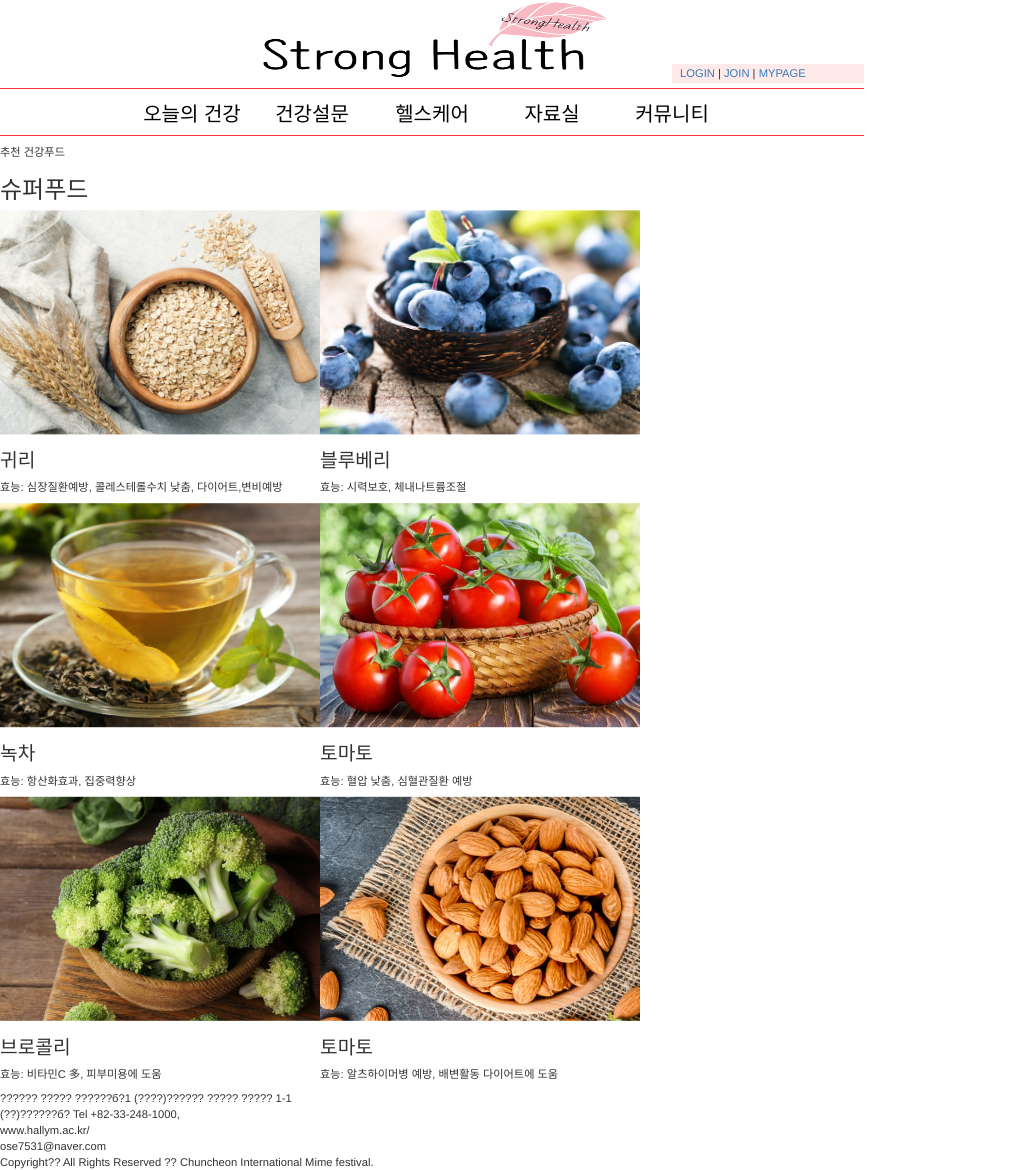
Repository: seeunOh/Webproject2018_StrongHealth
Page: http://localhost/StrongHealth/Healthcare_Food.jsp
The author's editor kept a copy of each file at every save. The page is drawn from the files as they stood at one save, then again after the next save.
The browser window is 1280 px wide. The pictures show the whole page, at 80% of full size.
The page is served by Tomcat 9.

Above is the page before, as saved 2018-12-16 04:32:11.
Console error (its wording comes from the project's code and is left out).

After the next save:
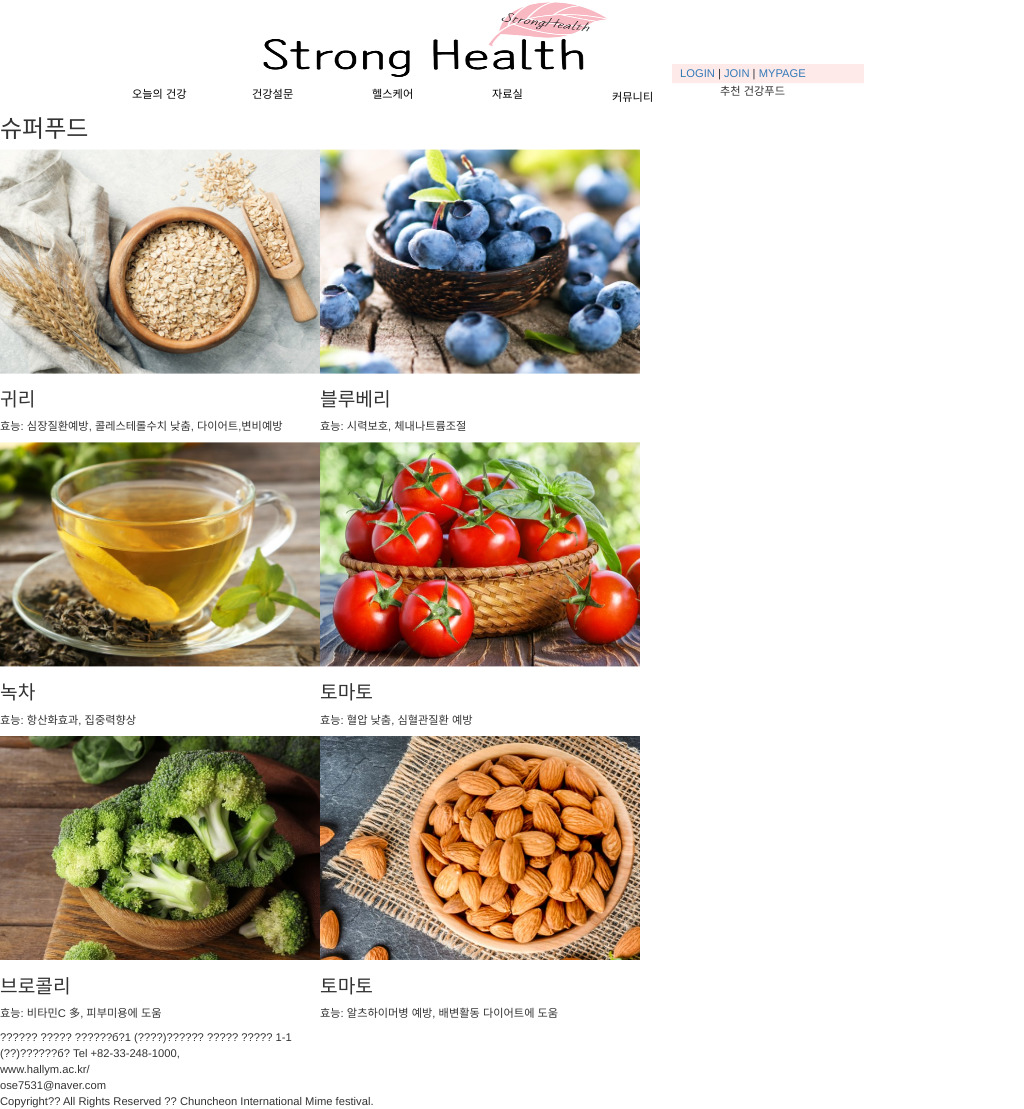
Saved 10 min 7 s later.
--- a/StrongHealth/WebContent/Header.css
+++ b/StrongHealth/WebContent/Header.css
@@ -26,7 +26,7 @@ body {
 	margin: 0px 0px 0px 315px;
 }
 
-#TM {
+#mmmm {
 	width: 1080px;
 	height: 60px;
 	border-top: 1px solid red;

After the save that followed:
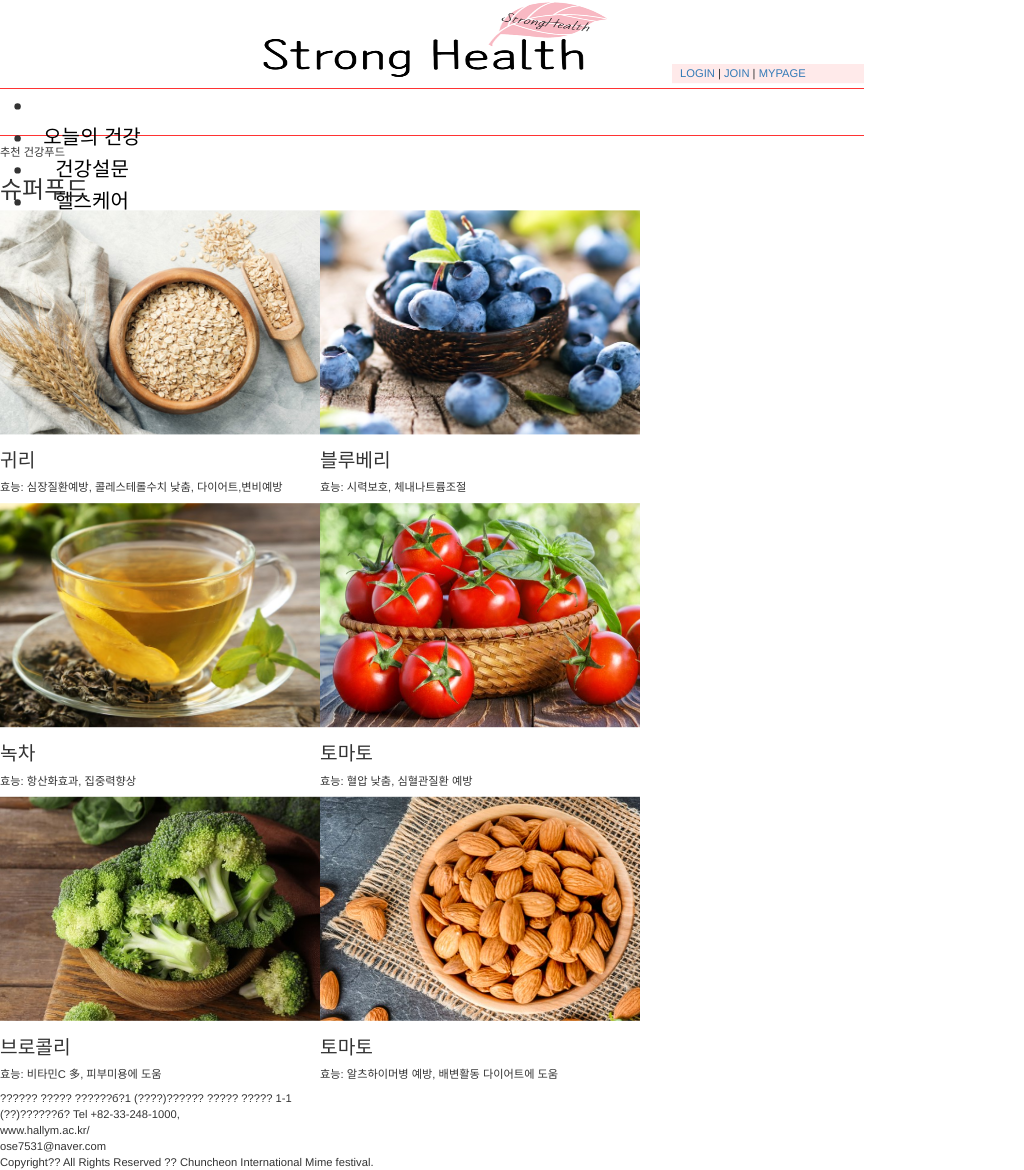
Saved 2 s later.
--- a/StrongHealth/WebContent/Header.jsp
+++ b/StrongHealth/WebContent/Header.jsp
@@ -27,7 +27,7 @@
 %>
 </div>
 </div>
-	<div id=TM>
+	<div id=mmmm>
 		<ul>
 			<li>&nbsp</li>
 			<li id="test1"><a id="test3"
